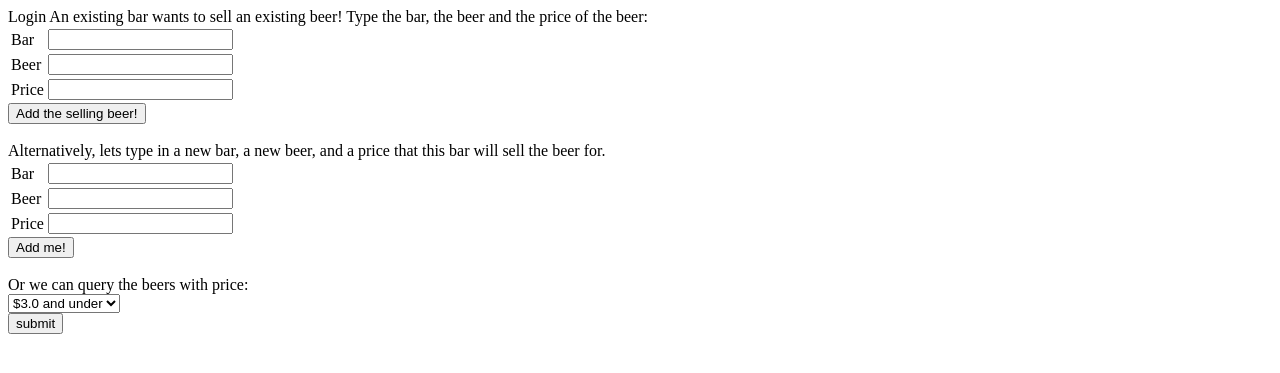
Repository: JephteyAdolphe/auction-system
Page: http://localhost/project/
An editor plug-in stored every save of this project. The page is shown before and after the next save, followed by the edit.
The browser window is 1280 px wide. The pictures show the whole page.
The page is served by Tomcat 10.

Above is the page before, as saved 2021-03-15 15:17:58.

After the next save:
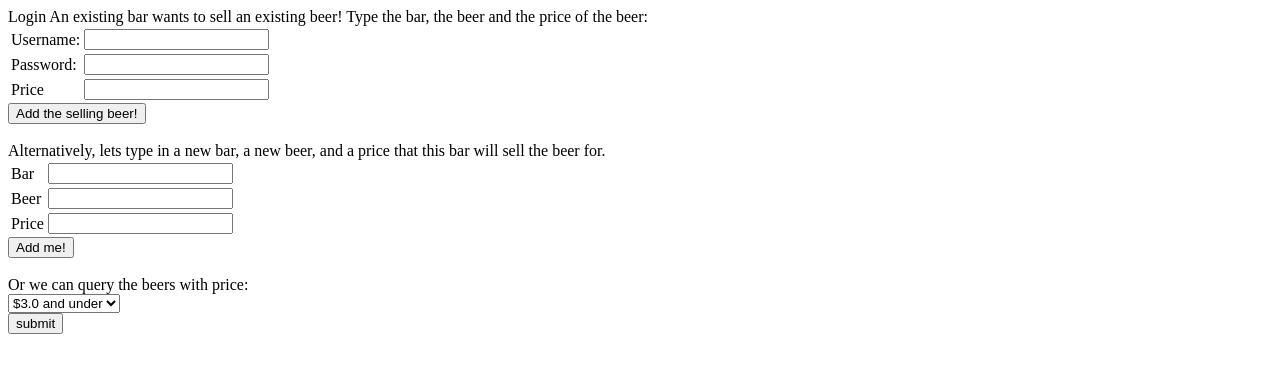
Saved 34 min 33 s later.
--- a/project/WebContent/HelloWorld.jsp
+++ b/project/WebContent/HelloWorld.jsp
@@ -20,10 +20,10 @@
 		<form method="get" action="sellsNewBeer.jsp">
 			<table>
 				<tr>
-					<td>Bar</td><td><input type="text" name="barvalia"></td>
+					<td>Username:</td><td><input type="text" name="barvalia"></td>
 				</tr>
 				<tr>
-					<td>Beer</td><td><input type="text" name="beer"></td>
+					<td>Password:</td><td><input type="text" name="beer"></td>
 				</tr>
 				<tr>
 					<td>Price</td><td><input type="text" name="price"></td>
